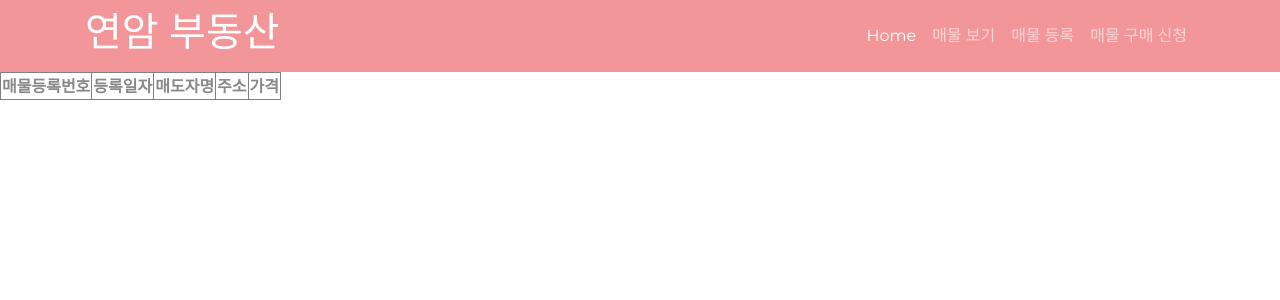
Repository: Leekm0912/2-1_JSP-DB_Project
Page: http://localhost/WebTest/DB/ViewTable.jsp
An editor plug-in stored every save of this project. The page is shown before and after a run of saves, followed by the edit.
The browser window is 1280 px wide. The pictures show the whole page.
The page is served by Tomcat 9. Queries for data that is not in the repository find no rows.

Above is the page before, as saved 2020-06-10 03:29:32.

After the next 2 saves:
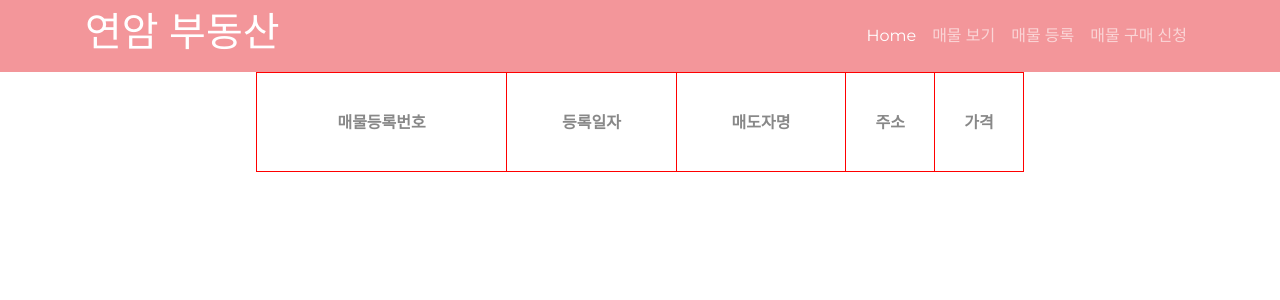
The 2 saves are shown as one change because they came seconds apart.
The last was saved 3 min 22 s later.
--- a/WebTest/WebContent/DB/ViewTable.jsp
+++ b/WebTest/WebContent/DB/ViewTable.jsp
@@ -4,57 +4,62 @@
 <%@ page import="java.io.*"%>
 <%@ page import="java.sql.CallableStatement"%>
 <%@ page import="java.util.*"%>
-<%@ page import="java.text.DecimalFormat" %>
-<%@ taglib prefix="c" uri="http://java.sun.com/jsp/jstl/core" %>
+<%@ page import="java.text.DecimalFormat"%>
+<%@ taglib prefix="c" uri="http://java.sun.com/jsp/jstl/core"%>
 <!DOCTYPE html>
 <html lang="ko">
 
 <head>
 
-  <meta charset="utf-8">
-  <meta name="viewport" content="width=device-width, initial-scale=1, shrink-to-fit=no">
-  <meta name="description" content="">
-  <meta name="author" content="">
+<meta charset="utf-8">
+<meta name="viewport" content="width=device-width, initial-scale=1, shrink-to-fit=no">
+<meta name="description" content="">
+<meta name="author" content="">
 
-  <title>Bare - Start Bootstrap Template</title>
+<title>Bare - Start Bootstrap Template</title>
 
-  <!-- Bootstrap core CSS -->
-  <link href="vendor/bootstrap/css/bootstrap.min.css" rel="stylesheet">
+<!-- Bootstrap core CSS -->
+<link href="vendor/bootstrap/css/bootstrap.min.css" rel="stylesheet">
+<style type="text/css">
 
+table, td{
+border: 1px solid red
+}
+
+table{
+width:60%;
+height: 100px;
+margin: auto;
+
+text-align: center;
+}
+
+</style>
 </head>
 
 <body>
 
-  <!-- Navigation -->
-  <nav class="navbar navbar-expand-lg navbar-dark bg-dark static-top">
-    <div class="container">
-      <h1 style="color:white;">연암 부동산</h1>
-      <button class="navbar-toggler" type="button" data-toggle="collapse" data-target="#navbarResponsive" aria-controls="navbarResponsive" aria-expanded="false" aria-label="Toggle navigation">
-        <span class="navbar-toggler-icon"></span>
-      </button>
-      <div class="collapse navbar-collapse" id="navbarResponsive">
-        <ul class="navbar-nav ml-auto">
-          <li class="nav-item active">
-            <a class="nav-link" href="main.jsp">Home
-              <span class="sr-only">(current)</span>
-            </a>
-          </li>
-          <li class="nav-item">
-            <a class="nav-link" href="ViewTable.jsp">매물 보기</a>
-          </li>
-          <li class="nav-item">
-            <a class="nav-link" href="InsertTable.jsp">매물 등록</a>
-          </li>
-          <li class="nav-item">
-            <a class="nav-link" href="Order.jsp">매물 구매 신청</a>
-          </li>
-        </ul>
-      </div>
-    </div>
-  </nav>
+	<!-- Navigation -->
+	<nav class="navbar navbar-expand-lg navbar-dark bg-dark static-top">
+		<div class="container">
+			<h1 style="color: white;">연암 부동산</h1>
+			<button class="navbar-toggler" type="button" data-toggle="collapse" data-target="#navbarResponsive" aria-controls="navbarResponsive" aria-expanded="false" aria-label="Toggle navigation">
+				<span class="navbar-toggler-icon"></span>
+			</button>
+			<div class="collapse navbar-collapse" id="navbarResponsive">
+				<ul class="navbar-nav ml-auto">
+					<li class="nav-item active"><a class="nav-link" href="main.jsp">Home <span class="sr-only">(current)</span>
+					</a></li>
+					<li class="nav-item"><a class="nav-link" href="ViewTable.jsp">매물 보기</a></li>
+					<li class="nav-item"><a class="nav-link" href="InsertTable.jsp">매물 등록</a></li>
+					<li class="nav-item"><a class="nav-link" href="Order.jsp">매물 구매 신청</a></li>
+				</ul>
+			</div>
+		</div>
+	</nav>
 
-  <!-- Page Content -->
-  <%
+	<!-- Page Content -->
+	<%
 	Connection con = null;
 	String url = "jdbc:oracle:thin:@localhost:1521:orcl";
 	/* 11g express edition은 orcl 대신 XE를 입력한다. */
@@ -101,7 +106,7 @@
 			<th>주소</th>
 			<th>가격</th>
 		</tr>
-	<%
+		<%
 		DecimalFormat formatter = new DecimalFormat("###,###");
 		for(int i=0; i<row1.size(); i++){
 			out.print("<tr>");
@@ -119,16 +124,16 @@
 
 
 
-<%
+	<%
 		con.close();
 	} catch (SQLException e) {
 		e.printStackTrace();
 }
 %>
 
-  <!-- Bootstrap core JavaScript -->
-  <script src="vendor/jquery/jquery.slim.min.js"></script>
-  <script src="vendor/bootstrap/js/bootstrap.bundle.min.js"></script>
+	<!-- Bootstrap core JavaScript -->
+	<script src="vendor/jquery/jquery.slim.min.js"></script>
+	<script src="vendor/bootstrap/js/bootstrap.bundle.min.js"></script>
 
 </body>
 
